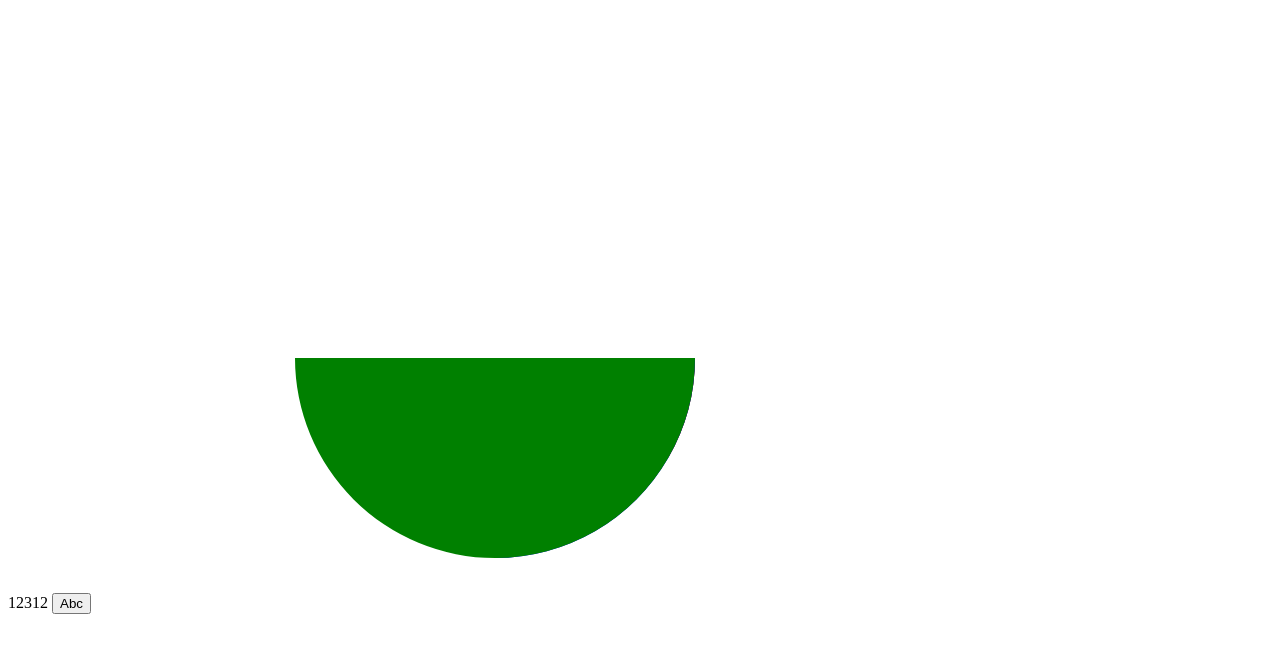
Repository: ycdtc/movie
Page: aaa/WebContent/index.html
An editor plug-in stored every save of this project. The page is shown before and after the next save, followed by the edit.
The browser window is 1280 px wide. The pictures show the whole page.
After loading, the first visible `#abc` was clicked once.

Above is the page before, as saved 2017-06-20 07:20:00.

After the next save:
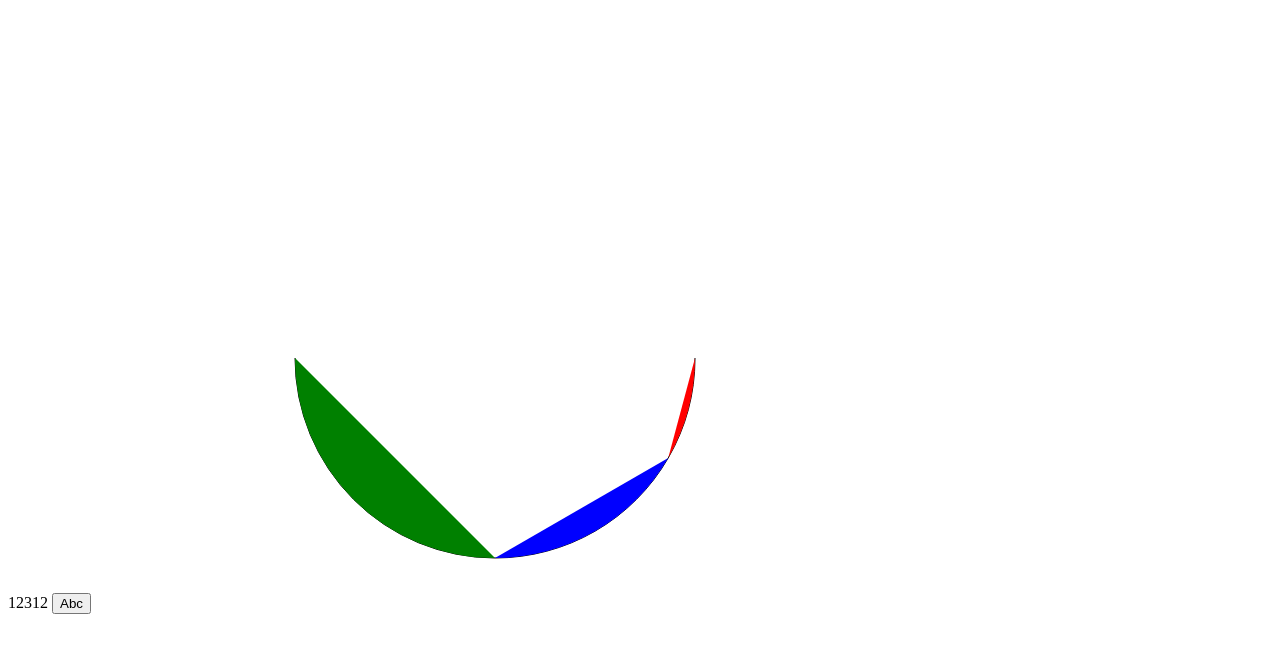
Saved 96 s later.
--- a/aaa/WebContent/javascript/base.js
+++ b/aaa/WebContent/javascript/base.js
@@ -26,11 +26,11 @@ function drawPie(chart,value,name){
 		start = end;
 		end += value[i]/sum * Math.PI;
 		ctx.fillStyle = colors[i];
-		//ctx.beginPath();
+		ctx.beginPath();
 		//ctx.moveTo(0,0);
 		ctx.arc(0,0,200,start,end);
 		//ctx.lineTo(0,0);
-		//ctx.stroke();
+		ctx.stroke();
 		ctx.fill();
 	}
 
